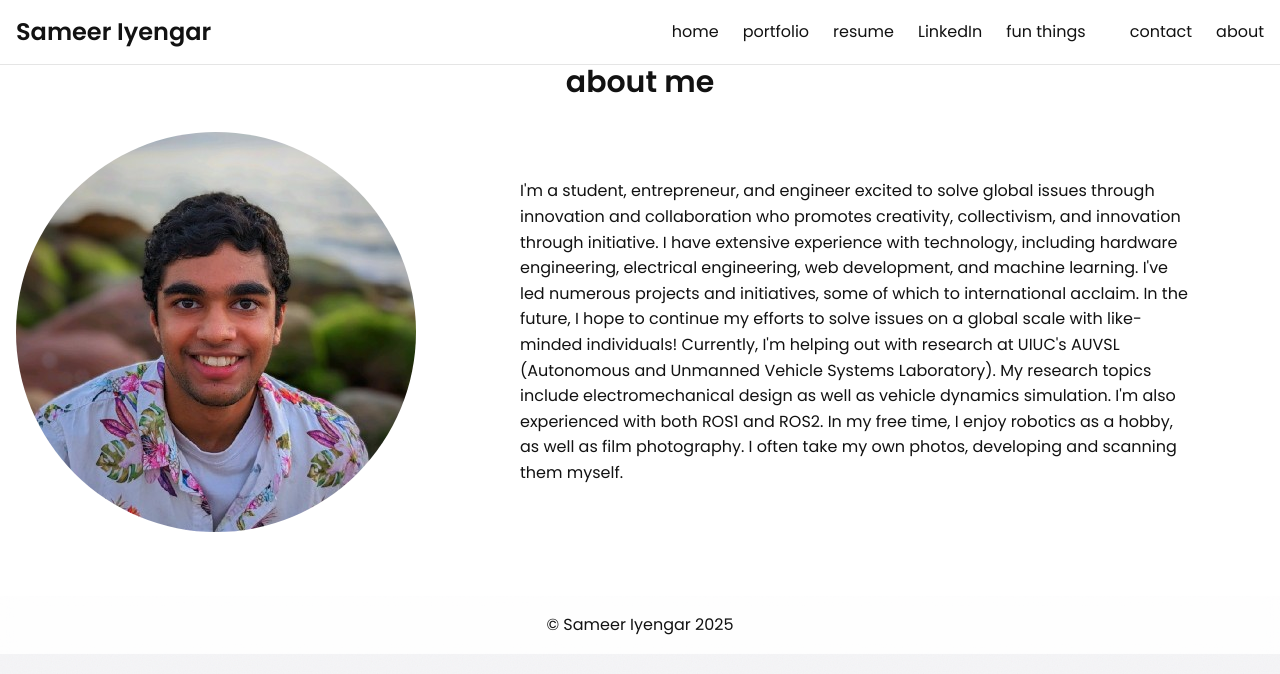
Repository: siyengar04/siyengar04.github.io
Page: about.html
These files come from the project's save history. The page is drawn as it stood at one moment and after the next save; the edit follows.
The browser window is 1280 px wide. The pictures show the whole page.

Above is the page before, as saved 2025-07-07 12:06:04.

After the next save:
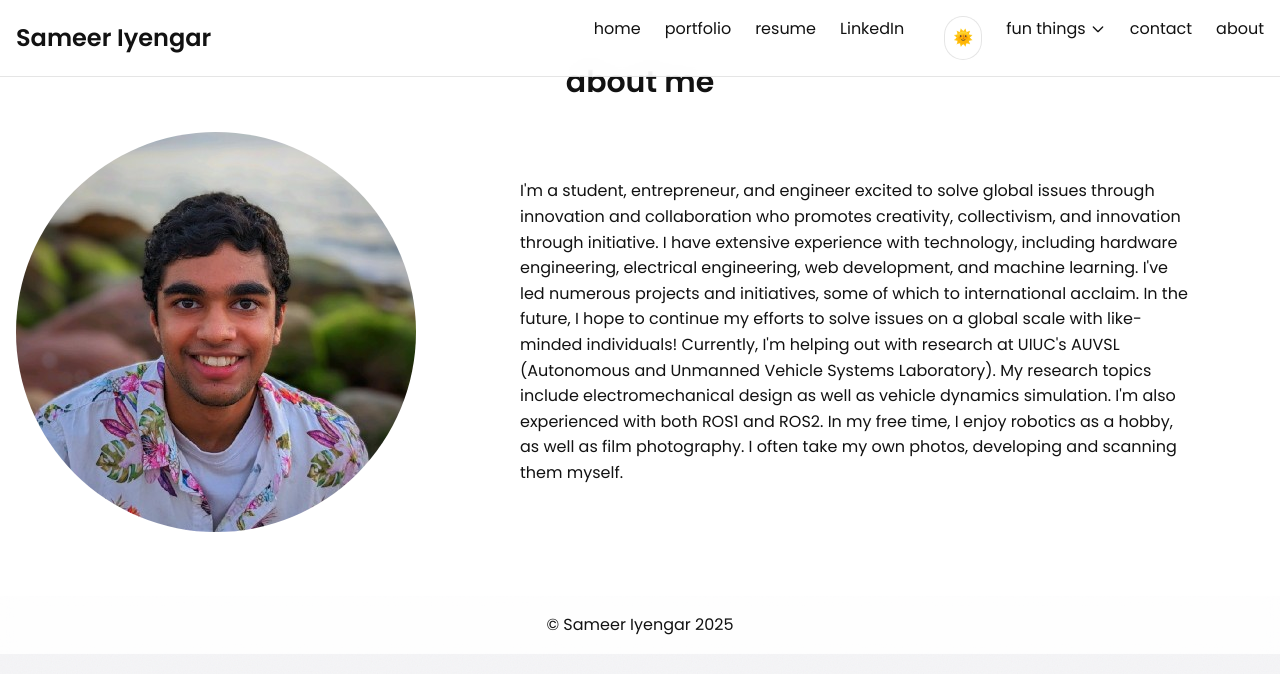
Saved 2 min 12 s later.
--- a/about.html
+++ b/about.html
@@ -187,27 +187,30 @@
             </div>
             <nav id="nav-menu" class="hidden md:flex md:space-x-6">
                 <ul class="flex flex-col space-y-4 md:flex-row md:space-y-0 md:space-x-6">
-                    <li><a href="/index.html" class="hover:text-gray-400">home</a></li>
-                    <li><a href="/portfolio.html" class="hover:text-gray-400">portfolio</a></li>
-                    <li><a href="/resume.html" class="hover:text-gray-400">resume</a></li>
-                    <li><a href="https://www.linkedin.com/in/sameer-iyengar/" class="hover:text-gray-400">LinkedIn</a></li>
-
+                    <li><a href="/index.html">home</a></li>
+                    <li><a href="/portfolio.html">portfolio</a></li>
+                    <li><a href="resume.html">resume</a></li>
+                    <li><a href="https://www.linkedin.com/in/sameer-iyengar/">LinkedIn</a></li>
+                    <li>
+                        <button id="theme-toggle" class="p-2 ml-4 rounded-full">
+                            <span class="light-icon">🌞</span>
+                            <span class="hidden dark-icon">🌙</span>
+                        </button>
+                    </li>
                     <!-- Desktop Fun Things Dropdown -->
-                    <li class="relative group"> <!-- Changed to 'group' -->
-  <button class="flex items-center hover:text-gray-400">
-    fun things
-    <svg class="w-4 h-4 ml-1"><!-- keep your icon --></svg>
-  </button>
-  <div class="group-hover:block hidden bg-gray-700 ... absolute left-0 pt-2">
-                            <a href="/cat-gallery.html" class="block px-4 py-2 hover:bg-gray-600">eva!!</a>
-                            <!-- <a href="/travel-photos.html" class="block px-4 py-2 hover:bg-gray-600">Travel Photos</a>
-                            <a href="/hobbies.html" class="block px-4 py-2 hover:bg-gray-600">My Hobbies</a>
-                            <a href="/fun-facts.html" class="block px-4 py-2 hover:bg-gray-600">Fun Facts</a> -->
+                    <li class="relative group">
+                        <button class="flex items-center">
+                            fun things
+                            <svg class="w-4 h-4 ml-1" fill="none" stroke="currentColor" viewBox="0 0 24 24" xmlns="http://www.w3.org/2000/svg">
+                                <path stroke-linecap="round" stroke-linejoin="round" stroke-width="2" d="M19 9l-7 7-7-7"></path>
+                            </svg>
+                        </button>
+                        <div class="absolute left-0 hidden pt-2 rounded-lg group-hover:block desktop-dropdown-menu">
+                            <a href="/cat-gallery.html" class="block px-4 py-2 hover:text-accent-color">eva!!</a>
                         </div>
                     </li>
-
-                    <li><a href="/contact.html" class="hover:text-gray-400">contact</a></li>
-                    <li><a href="/about.html" class="hover:text-gray-400">about</a></li>
+                    <li><a href="/contact.html">contact</a></li>
+                    <li><a href="/about.html">about</a></li>
                 </ul>
             </nav>
         </div>
